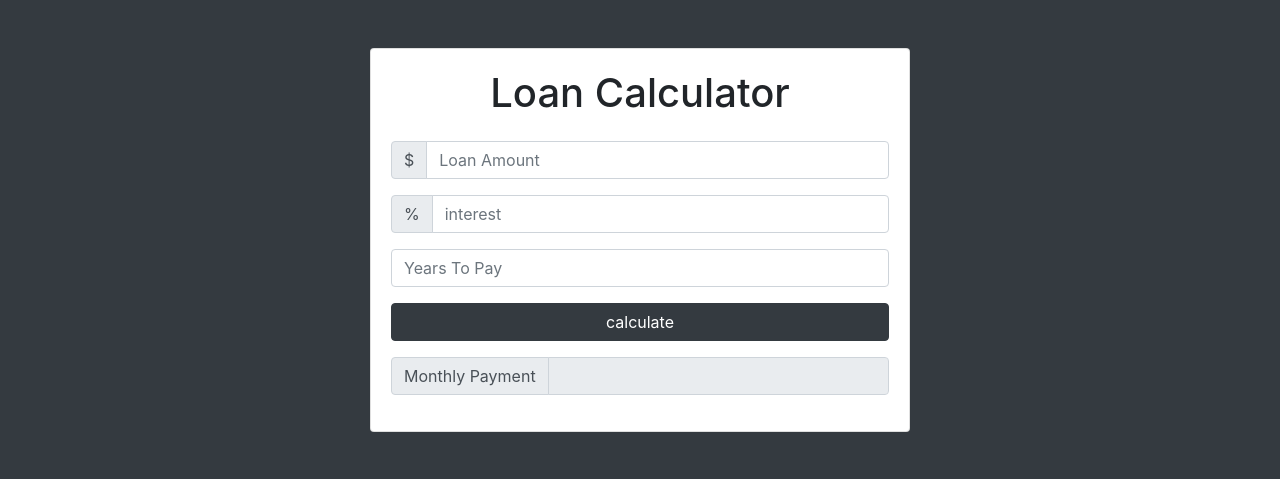
Repository: varun-project/LearningJs
Page: index.html
An editor plug-in stored every save of this project. The page is shown before and after the next save, followed by the edit.
The browser window is 1280 px wide. The pictures show the whole page.

Above is the page before, as saved 2019-07-28 17:22:09.

### index.html
<!DOCTYPE html>
<html lang="en">
  <head>
    <!-- Required meta tags -->
    <meta charset="utf-8" />
    <meta
      name="viewport"
      content="width=device-width, initial-scale=1, shrink-to-fit=no"
    />

    <!-- Bootstrap CSS -->
    <link
      rel="stylesheet"
      href="https://stackpath.bootstrapcdn.com/bootstrap/4.3.1/css/bootstrap.min.css"
      integrity="sha384-ggOyR0iXCbMQv3Xipma34MD+dH/1fQ784/j6cY/iJTQUOhcWr7x9JvoRxT2MZw1T"
      crossorigin="anonymous"
    />

    <title>Hello, world!</title>
  </head>
  <body class="bg-dark">
    <div class="container">
      <div class="row">
        <div class="col-md-6 mx-auto">
          <div class="card card-body text-center mt-5">
            <h1 class="heading display-5 pb-3">Loan Calculator</h1>
            <form id="loan-form">
              <div class="form-group">
                <div class="input-group">
                  <div class="input-group-prepend">
                    <div class="input-group-text">$</div>
                  </div>
                  <input
                    type="number"
                    class="form-control"
                    id="amount"
                    placeholder="Loan Amount"
                  />
                </div>
              </div>
              <div class="form-group">
                <div class="input-group">
                  <div class="input-group-prepend">
                    <div class="input-group-text">%</div>
                  </div>
                  <input
                    type="number"
                    class="form-control"
                    id="interest"
                    placeholder="interest"
                  />
                </div>
              </div>
              <div class="form-group">
                <input
                  type="number"
                  class="form-control"
                  id="years"
                  placeholder="Years To Pay"
                />
              </div>
              <div class="form-group">
                <input
                  type="submit"
                  value="calculate"
                  class="btn btn-dark btn-block"
                />
              </div>
            </form>
            <!-- LOADER HERE -->
            <!-- RESULTS -->
            <div id="results">

            <div class="form-group">
                <div class="input-group">
                  <div class="input-group-prepend">
                    <div class="input-group-text">Monthly Payment</div>
                  </div>
                  <input
                    type="number"
                    class="form-control"
                    id="monthly payment"
                    disabled
                  />
                </div>
              </div>
            </div>
          </div>
        </div>
      </div>
    </div>

    <!-- Optional JavaScript -->
    <!-- jQuery first, then Popper.js, then Bootstrap JS -->
    <script
      src="https://code.jquery.com/jquery-3.3.1.slim.min.js"
      integrity="sha384-q8i/X+965DzO0rT7abK41JStQIAqVgRVzpbzo5smXKp4YfRvH+8abtTE1Pi6jizo"
      crossorigin="anonymous"
    ></script>
    <script
      src="https://cdnjs.cloudflare.com/ajax/libs/popper.js/1.14.7/umd/popper.min.js"
      integrity="sha384-UO2eT0CpHqdSJQ6hJty5KVphtPhzWj9WO1clHTMGa3JDZwrnQq4sF86dIHNDz0W1"
      crossorigin="anonymous"
    ></script>
    <script
      src="https://stackpath.bootstrapcdn.com/bootstrap/4.3.1/js/bootstrap.min.js"
      integrity="sha384-JjSmVgyd0p3pXB1rRibZUAYoIIy6OrQ6VrjIEaFf/nJGzIxFDsf4x0xIM+B07jRM"
      crossorigin="anonymous"
    ></script>
  </body>
</html>

After the next save:
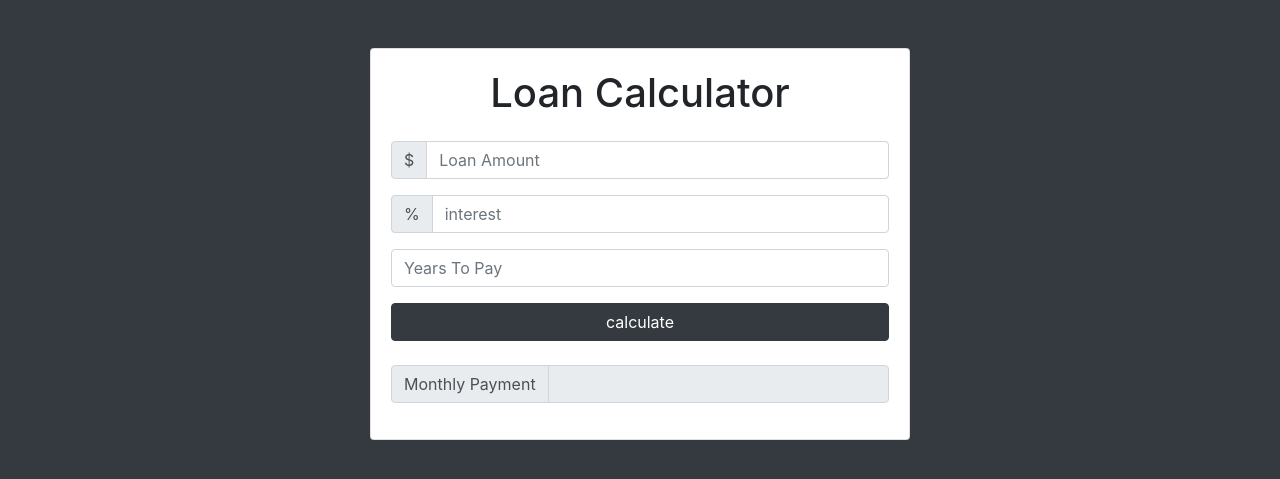
Saved 4 s later.
--- a/index.html
+++ b/index.html
@@ -70,7 +70,7 @@
             <!-- LOADER HERE -->
             <!-- RESULTS -->
             <div id="results">
-
+              <h5></h5>
             <div class="form-group">
                 <div class="input-group">
                   <div class="input-group-prepend">
